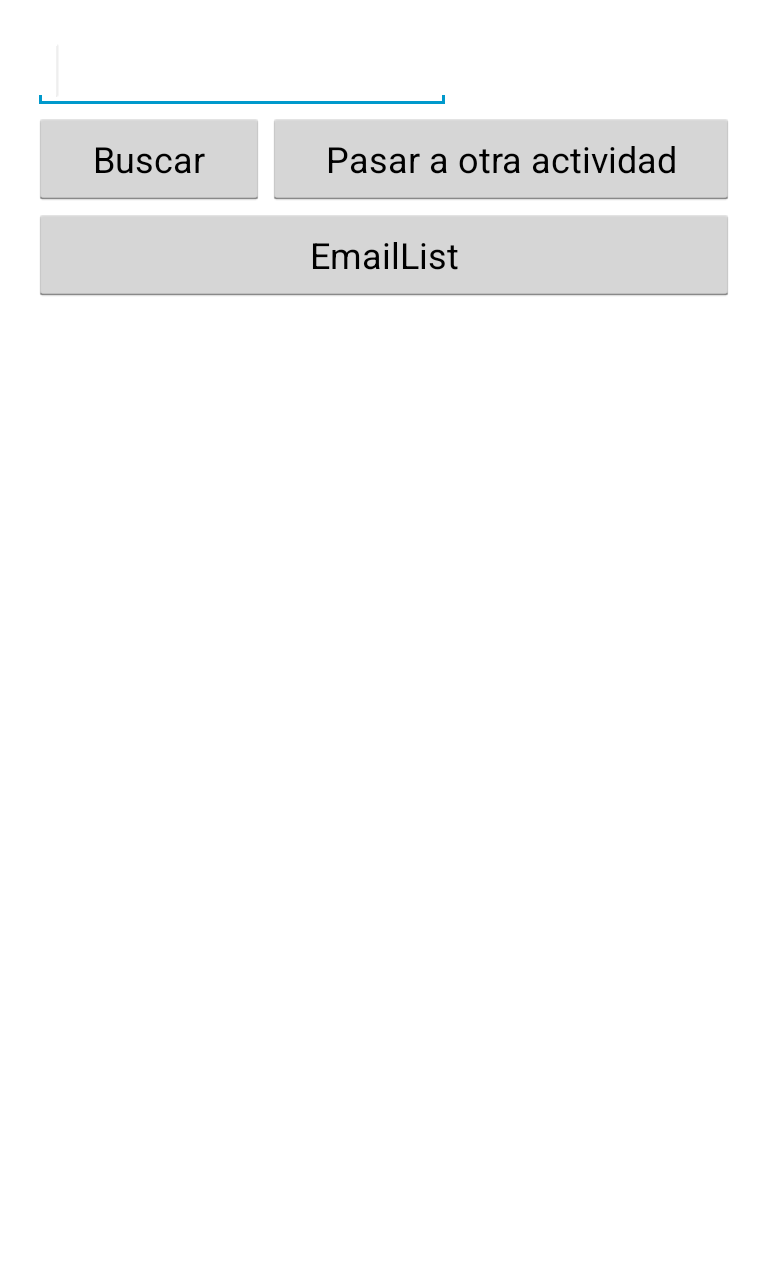
Repository: sstevenmr/SP-Galileo
Layout: Demo/res/layout/activity_main.xml
The author's editor kept a copy of each file at every save. The layout is drawn from the files as they stood at one save, then again after a run of saves.
It is drawn on a 768 x 1280 px phone screen (xhdpi) without system bars, with theme AppTheme; the app's code is not run.

Above is the layout before, as saved 2014-01-26 16:06:33.

After the next 2 saves:
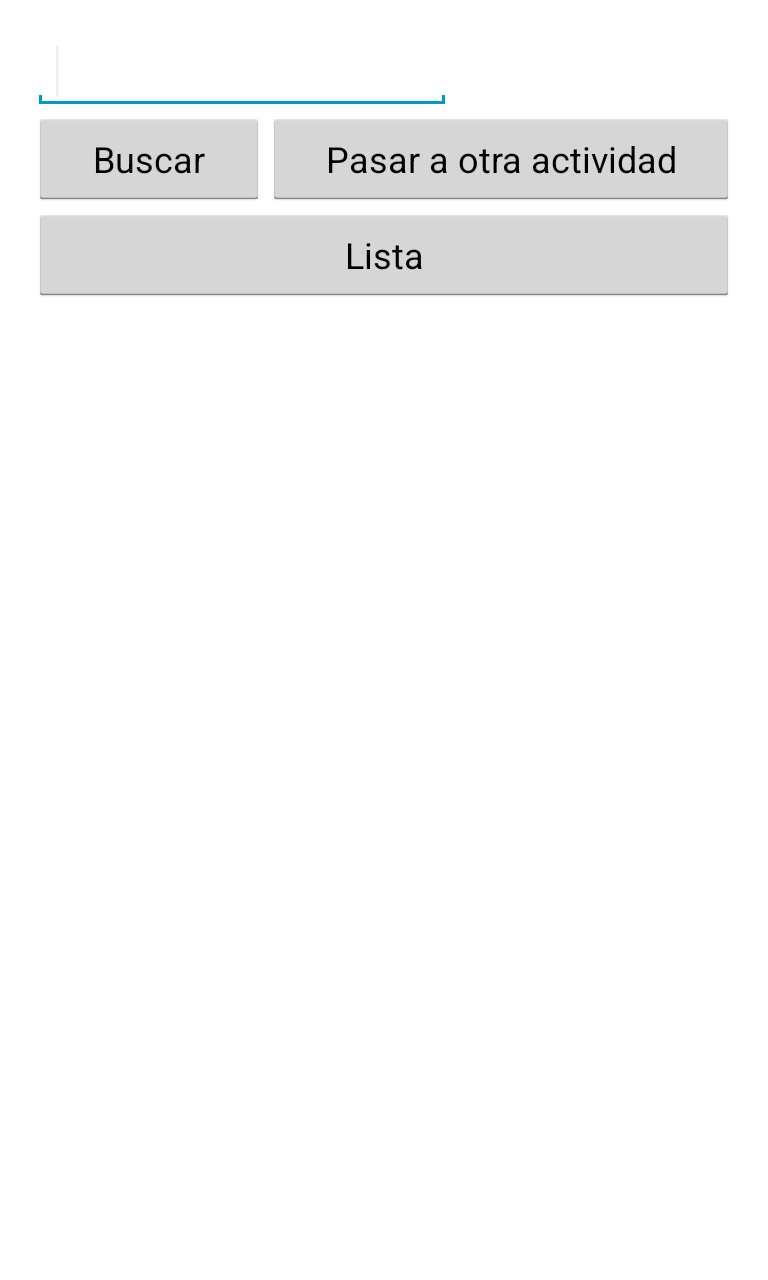
The 2 saves are shown as one change because 1 did not build or start.
The last was saved 3 min 43 s later.
--- a/Demo/res/layout/activity_main.xml
+++ b/Demo/res/layout/activity_main.xml
@@ -43,5 +43,5 @@
 	        android:id="@+id/btnList"
 	        android:layout_width="match_parent"
 	        android:layout_height="wrap_content"
-	        android:text="@string/title_activity_email_list_activity"/>"
+	        android:text="@string/btn_list"/>"
 </LinearLayout>
